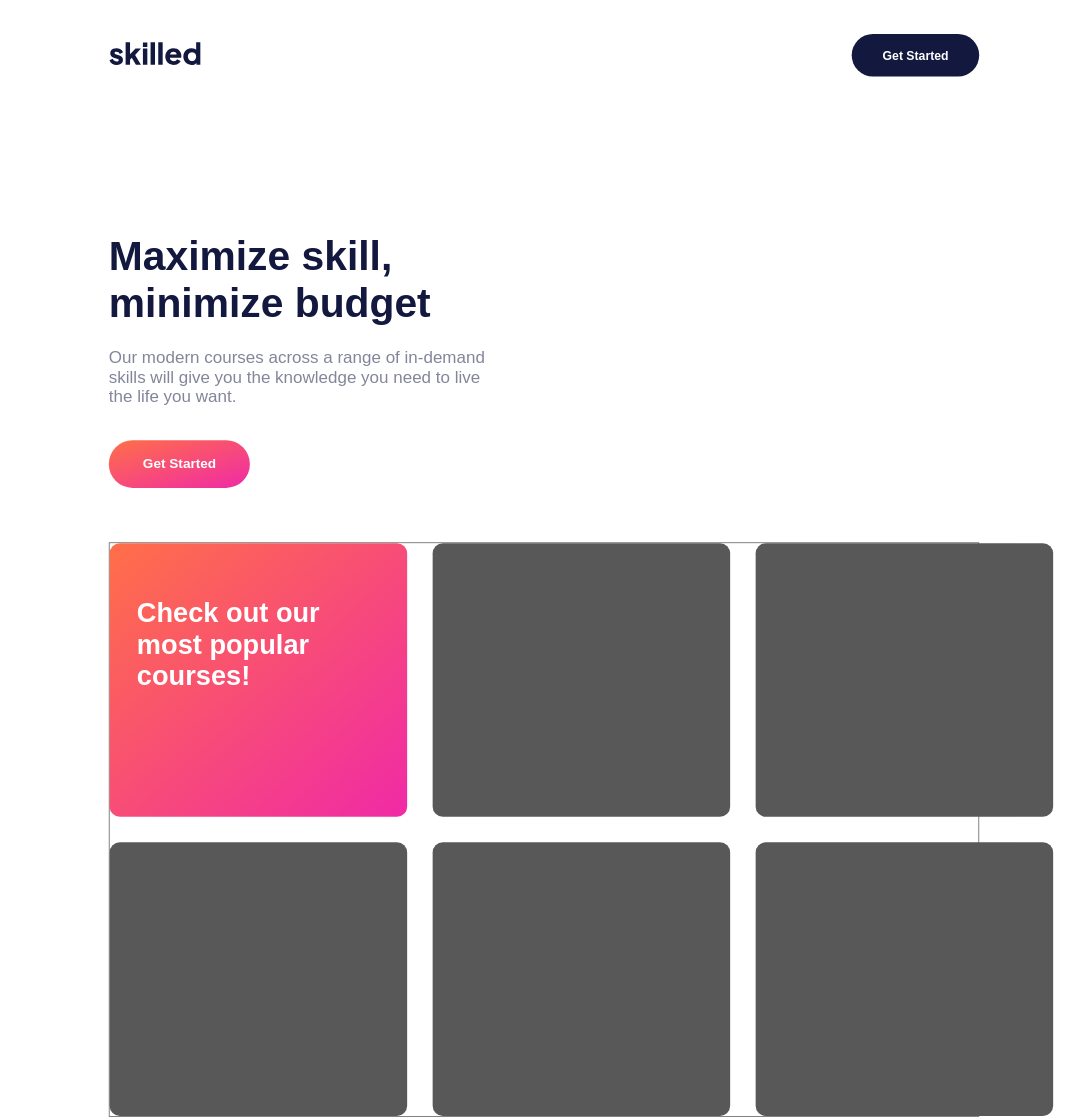
Repository: exe-walt/E-Learning-Landing-Page
Page: index.html
The author's editor kept a copy of each file at every save. The page is drawn from the files as they stood at one save, then again after the next save.
The browser window is 1280 px wide. The pictures show the whole page, at 85% of full size.
Some web fonts or font styles are not loaded; a fallback is used.

Above is the page before, as saved 2025-05-29 12:23:54.

### index.html
<!DOCTYPE html> <!-- Document type declaration for HTML5 -->
<html lang="en">
<head>
  <meta charset="UTF-8"> <!-- Character encoding set to UTF-8 -->
  <meta name="viewport" content="width=device-width, initial-scale=1.0"> <!-- Responsive design meta tag -->
  <title>Skilled E-Learning Page</title> <!-- Page title -->
  <link rel="stylesheet" href="css/style.css"> <!-- Link to external CSS file -->
  <link href="https://fonts.cdnfonts.com/css/plus-jakarta-sans" rel="stylesheet"> <!-- Import custom font -->
</head>
<body>
  <div class="content-container"> <!-- Main content container -->

    <!-- NAVBAR SECTION -->
    <div class="navbar">
      <ul>
        <li id="logo">
          <img src="img/skilled-logo.svg" alt="logo">
        </li>
        <li class="navbar-btn">
          <button>Get Started</button> <!-- Call-to-action button -->
        </li>
      </ul>
    </div>

    <!-- HERO SECTION -->
    <div class="hero-section">
      <div class="hero-text">
        <h1>Maximize skill, <br>minimize budget</h1>

        <p>
          Our modern courses across a range of in-demand <br> skills will give you the knowledge you need to live <br> the life you want.
        </p>

        <button class="grad-btn1">Get Started</button>
      </div>
    </div>

    <!--Popular Courses Cards-->
    <div class="cc"> <!--Courses-Container top-->
      <div class="main-left">
        <p>Check out our <br>most popular <br>courses! </p>
      </div>
      <div class="animation-card"></div>
      <div class="design-card"></div>

      <div class="photography"></div>
      <div class="crypto"></div>
      <div class="business"></div>
    </div>




  </div>

</body>
</html>

### css/style.css
* {
  box-sizing: border-box;
  margin: 0;
  padding: 0;
  font-family: "Plus Jakarta Sans", sans-serif;
}

.navbar, .hero-section{
  background-image: url(../img/Group19.png);
}

body {
  font-family: "Plus Jakarta Sans", sans-serif;
  margin: 0;
  display: flex;
  justify-content: center;
  align-items: center;
}

.content-container {
  background-color: #ffffff;
  max-width: 75em;
  width: 80%;
  height: auto;
  margin: 0 auto;
}

.navbar {
  display: flex;
  justify-content: space-between;
  align-items: center;
  background-color: white;
  margin-top: 2.5em;
}

.navbar ul {
  display: flex;
  align-items: center;
  justify-content: space-between;
  width: 100%;
  list-style: none;
}

#logo img {
  height: 1.75em;
  width: auto;
}

.navbar-btn button {
  background-color: #13183f;
  color: white;
  width: 10.4em;
  height: 3.5em;
  border: none;
  border-radius: 1.8em;
  padding: 0.6rem 1.5rem;
  font-weight: 600;
  font-size: 0.9rem;
  cursor: pointer;
  transition: background-color 0.3s ease;
}

.navbar-btn button:hover {
  background-color: #666CA3;
}

.hero-section {
  display: flex;
}

.hero-text {
  margin-top: 11.5em;
}

.hero-text h1 {
  font-weight: 800; /* ExtraBold */
  font-size: 3rem;
  color: #13183f;
}

.hero-text p {
  font-weight: 400; /* Medium */
  font-size: 1.25rem;
  color: #83869a;
  padding-top: 1.25em;
}

.grad-btn1{
  width: 10.4em;
  height: 3.5em;
  border: none;
  border-radius: 1.8em;
  color: white;
  font-weight: 700;
  font-size: 1em;
  padding: 0.6rem 1.5rem;
  margin-top: 2.5em;
  background: linear-gradient(to bottom right, #FF6F48, #F02AA6);
}

.cc{
  display: grid;
  gap: 10px 20px;
  grid-template-columns: repeat(3, 1fr);
  gap: 30px;
  border: 1px solid #6d6d6d;
  margin-top: 4em;;
  background: linear-gradient(to bottom right, #FFFFFF, F0F1FF);
}


.main-left{
  width: 350px;
  height: 322px;
  border-radius: 12px;
  background: linear-gradient(to bottom right, #FF6F48, #F02AA6);; /* apply this gradient (#FF6F48 - F02AA6) */
}

.main-left p{
  font-size: 2em;
  font-weight: bolder;
  color: white;
  padding-top: 64px;
  padding-left: 32px;
  padding-right: 32px;
  padding-bottom: 138px;
  justify-content: center;
}

.animation-card, .design-card, .photography, .crypto, .business{
  width: 350px;
  height: 322px;
  border-radius: 12px;
  background:#585858;
}

After the next save:
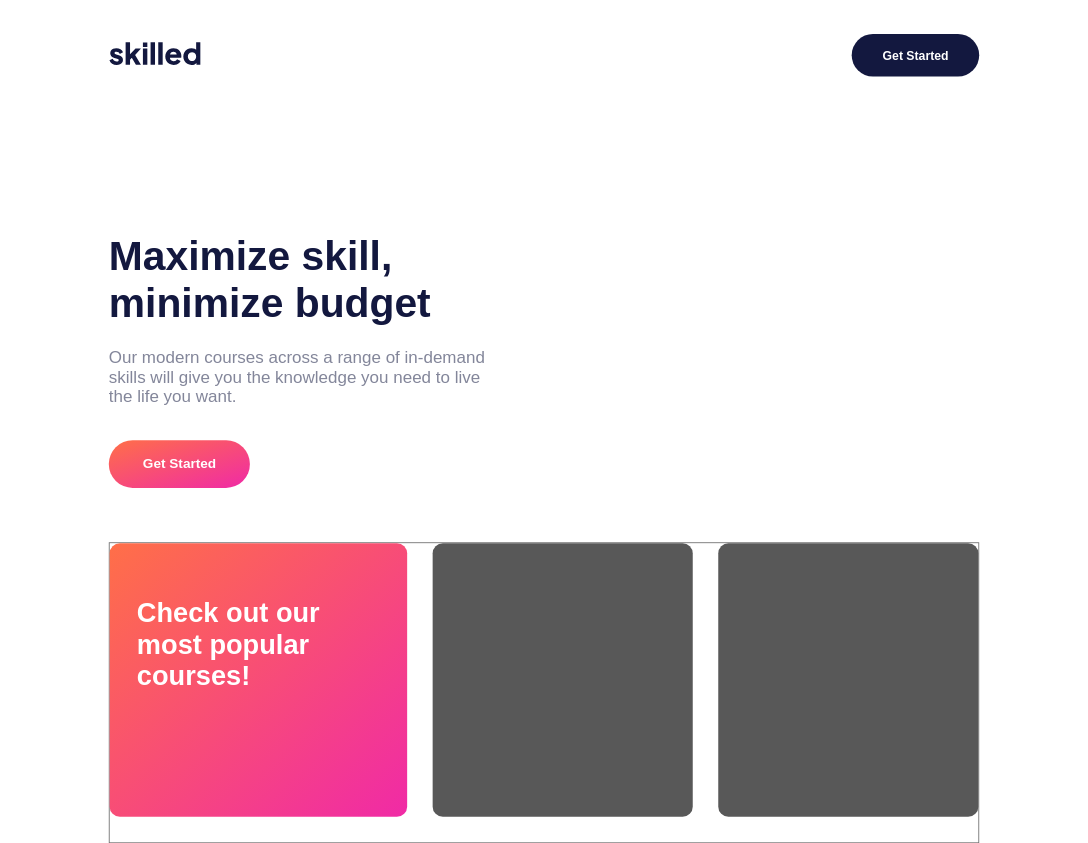
Saved 11 s later.
--- a/css/style.css
+++ b/css/style.css
@@ -128,8 +128,7 @@
 }
 
 .animation-card, .design-card, .photography, .crypto, .business{
-  width: 350px;
-  height: 322px;
+
   border-radius: 12px;
   background:#585858;
 }

After the save that followed:
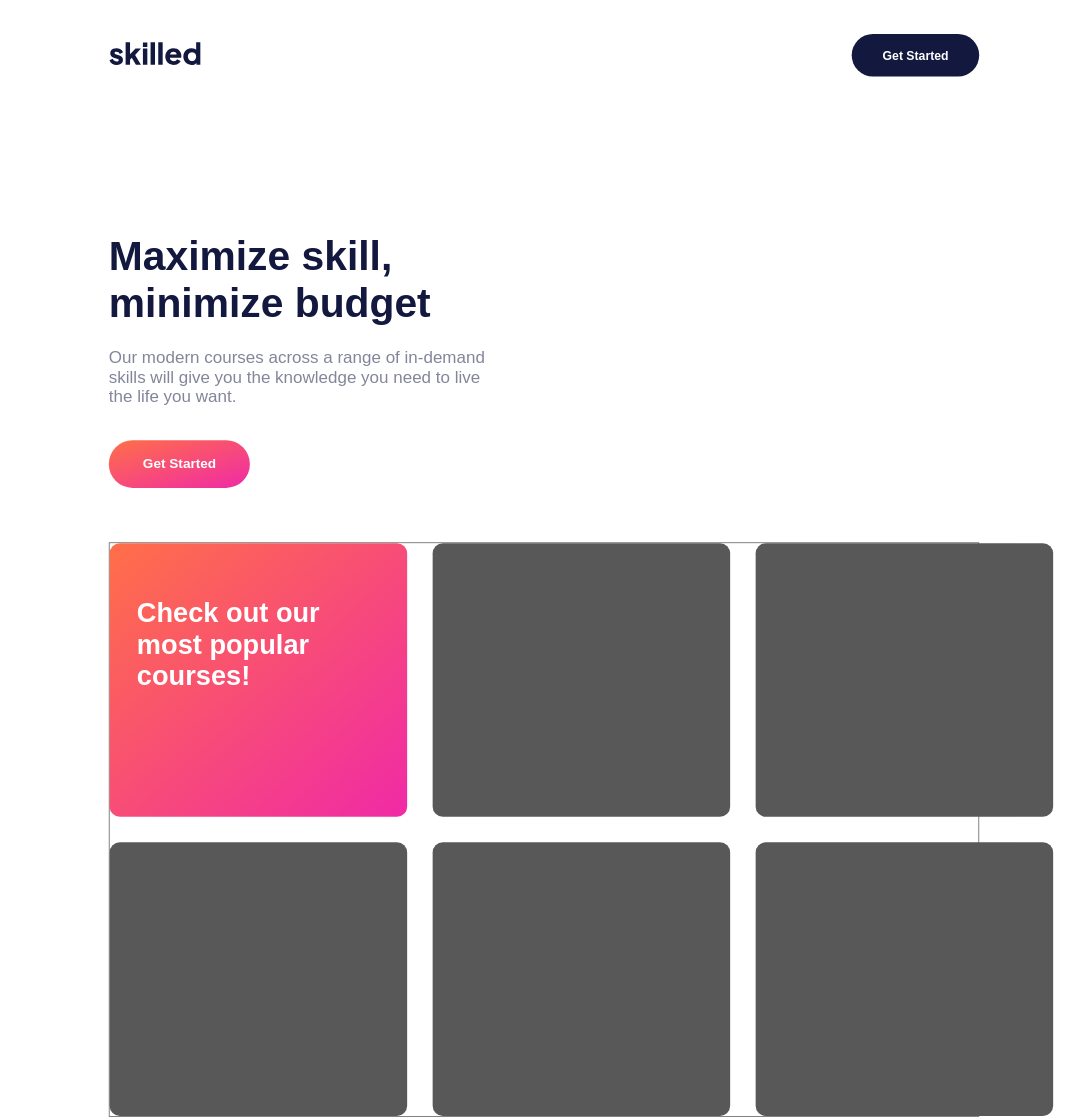
Saved 11 s later.
--- a/css/style.css
+++ b/css/style.css
@@ -103,6 +103,9 @@
   gap: 10px 20px;
   grid-template-columns: repeat(3, 1fr);
   gap: 30px;
+  max-width: 100%;
+  width: 100%;
+  height: auto;
   border: 1px solid #6d6d6d;
   margin-top: 4em;;
   background: linear-gradient(to bottom right, #FFFFFF, F0F1FF);
@@ -128,7 +131,8 @@
 }
 
 .animation-card, .design-card, .photography, .crypto, .business{
-
+  width: 350px;
+  height: 322px;
   border-radius: 12px;
   background:#585858;
 }
